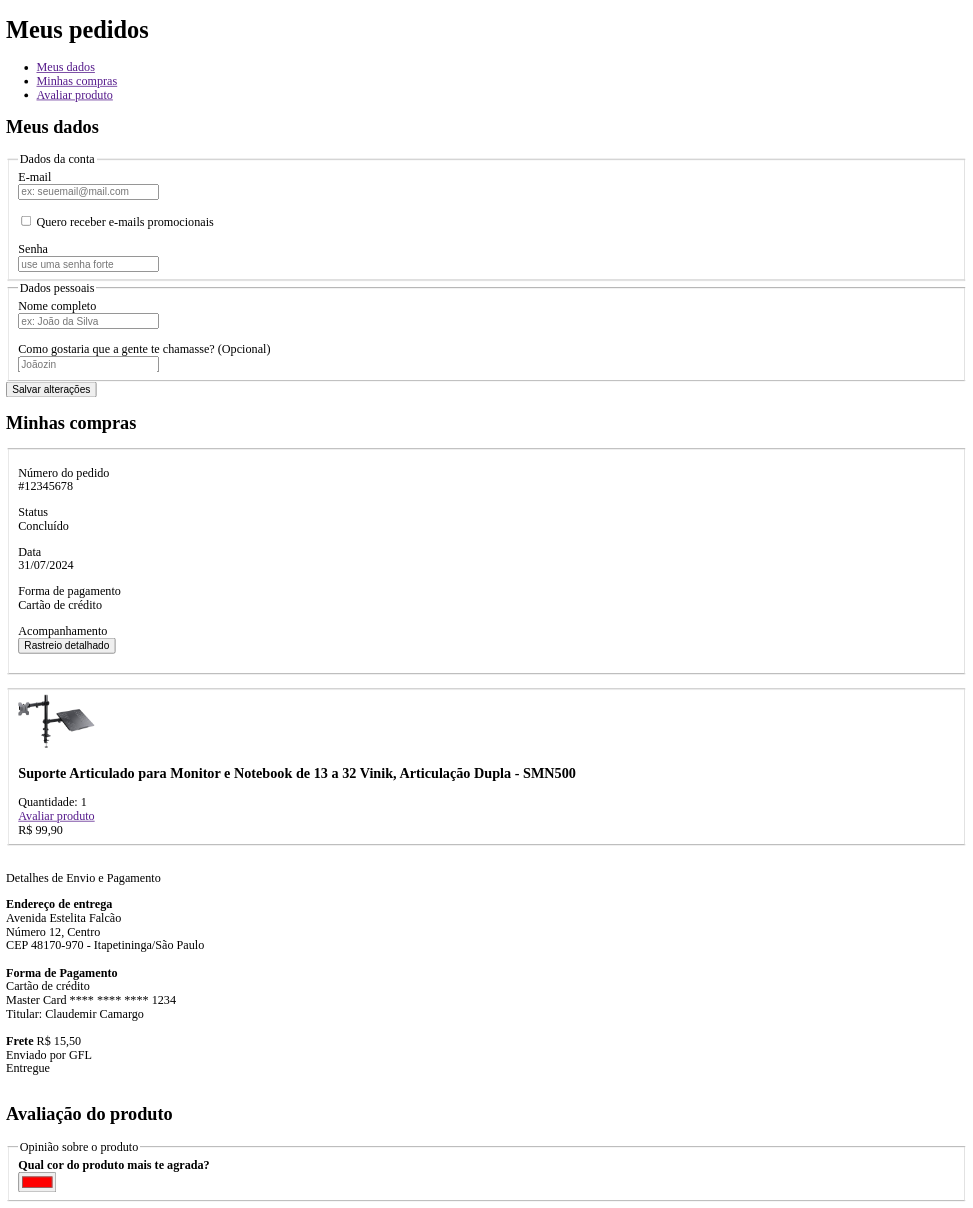
Repository: claudemir-camargo/site-compras
Page: index.html
An editor plug-in stored every save of this project. The page is shown before and after the next save, followed by the edit.
The browser window is 1280 px wide. The pictures show the whole page, at 76% of full size.

Above is the page before, as saved 2024-03-03 22:41:18.

After the next save:
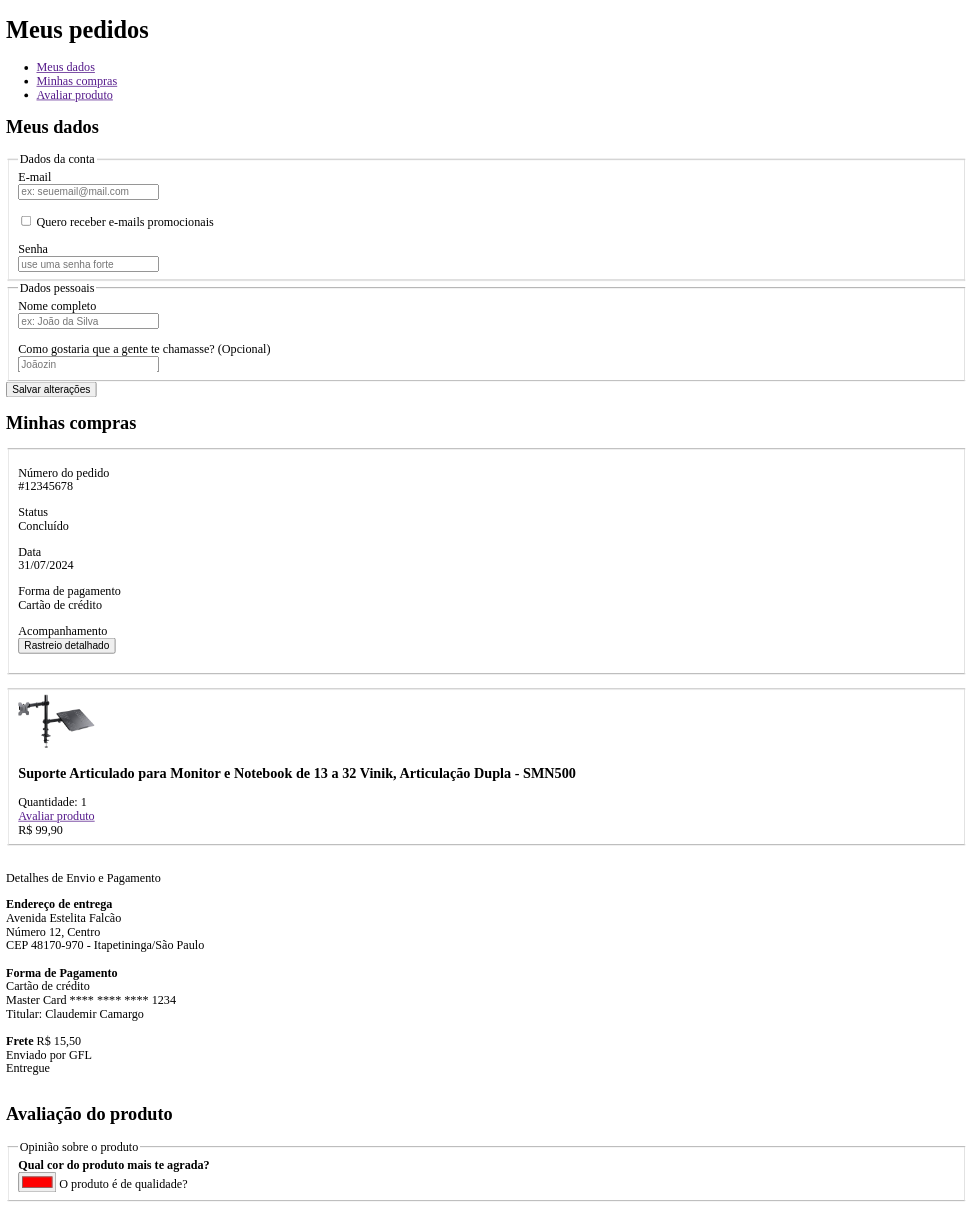
Saved 70 s later.
--- a/index.html
+++ b/index.html
@@ -83,6 +83,7 @@
         <form>
             <label><strong>Qual cor do produto mais te agrada?</strong></label><br>
             <input type="color" value="#ff0000">
+            <label>O produto é de qualidade?</label>
         </form>
 
 
